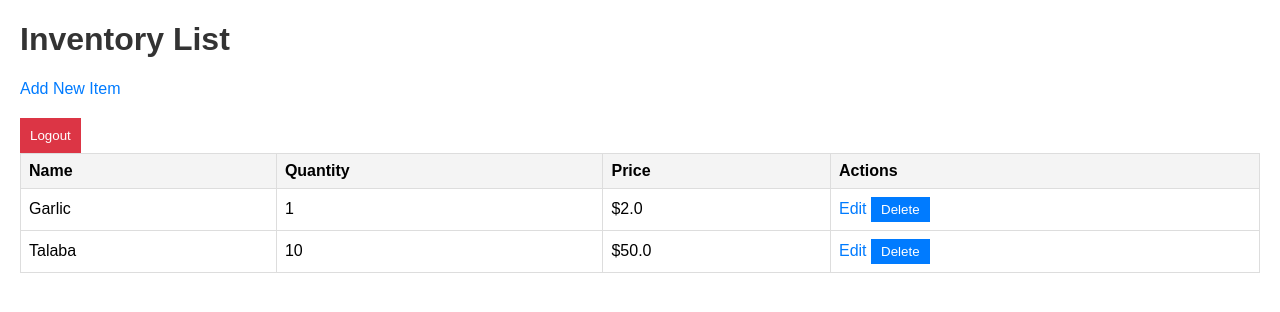
Repository: Stoldark/PLMUN
Page: http://localhost/
These files come from the project's save history. The page is drawn as it stood at one moment and after the next save; the edit follows.
The browser window is 1280 px wide. The pictures show the whole page.
The page is served by the project's application, run on Flask 3 (tempCodeRunnerFile.py). The user the application loads for id 1 is signed in. The page reads the database file committed with the project.

Above is the page before, as saved 2024-09-22 16:11:15.

After the next save:
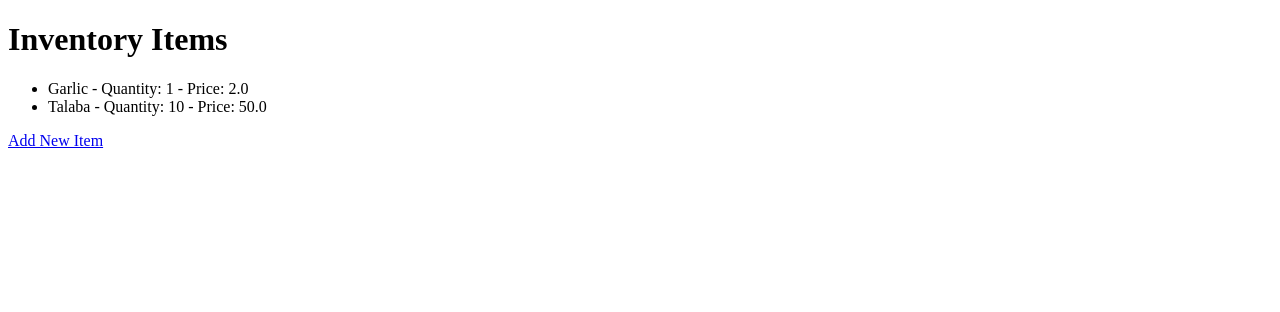
Saved 4 min 48 s later.
--- a/templates/index.html
+++ b/templates/index.html
@@ -3,95 +3,17 @@
 <head>
     <meta charset="UTF-8">
     <meta name="viewport" content="width=device-width, initial-scale=1.0">
-    <title>Inventory Management</title>
-    <style>
-        body {
-            font-family: Arial, sans-serif;
-            margin: 20px;
-            padding: 0;
-        }
-        h1 {
-            color: #333;
-        }
-        a {
-            text-decoration: none;
-            color: #007bff;
-        }
-        a:hover {
-            text-decoration: underline;
-        }
-        table {
-            width: 100%;
-            border-collapse: collapse;
-            margin-bottom: 20px;
-        }
-        table, th, td {
-            border: 1px solid #ddd;
-        }
-        th, td {
-            padding: 8px;
-            text-align: left;
-        }
-        th {
-            background-color: #f4f4f4;
-        }
-        .actions button {
-            background-color: #007bff;
-            color: white;
-            border: none;
-            padding: 5px 10px;
-            cursor: pointer;
-        }
-        .actions button:hover {
-            background-color: #0056b3;
-        }
-        .actions form {
-            display: inline;
-        }
-        .logout-button {
-            display: block;
-            margin-top: 20px;
-            padding: 10px;
-            background-color: #dc3545;
-            color: white;
-            border: none;
-            cursor: pointer;
-        }
-        .logout-button:hover {
-            background-color: #c82333;
-        }
-    </style>
+    <title>Inventory List</title>
 </head>
 <body>
-    <h1>Inventory List</h1>
-    <a href="/add">Add New Item</a>
-    <form action="/logout" method="post">
-        <button type="submit" class="logout-button">Logout</button>
-    </form>
-    <table>
-        <thead>
-            <tr>
-                <th>Name</th>
-                <th>Quantity</th>
-                <th>Price</th>
-                <th>Actions</th>
-            </tr>
-        </thead>
-        <tbody>
-            {% for item in items %}
-                <tr>
-                    <td>{{ item.name }}</td>
-                    <td>{{ item.quantity }}</td>
-                    <td>${{ item.price }}</td>
-                    <td class="actions">
-                        <a href="{{ url_for('edit_item', id=item.id) }}">Edit</a>
-                        <form action="{{ url_for('delete_item', id=item.id) }}" method="post" style="display:inline;">
-                            <button type="submit">Delete</button>
-                        </form>
-                    </td>
-                </tr>
-            {% endfor %}
-        </tbody>
-    </table>
+    <h1>Inventory Items</h1>
+
+    <ul>
+    {% for item in items %}
+        <li>{{ item.name }} - Quantity: {{ item.quantity }} - Price: {{ item.price }}</li>
+    {% endfor %}
+    </ul>
+
+    <p><a href="{{ url_for('add_item') }}">Add New Item</a></p>
 </body>
 </html>
